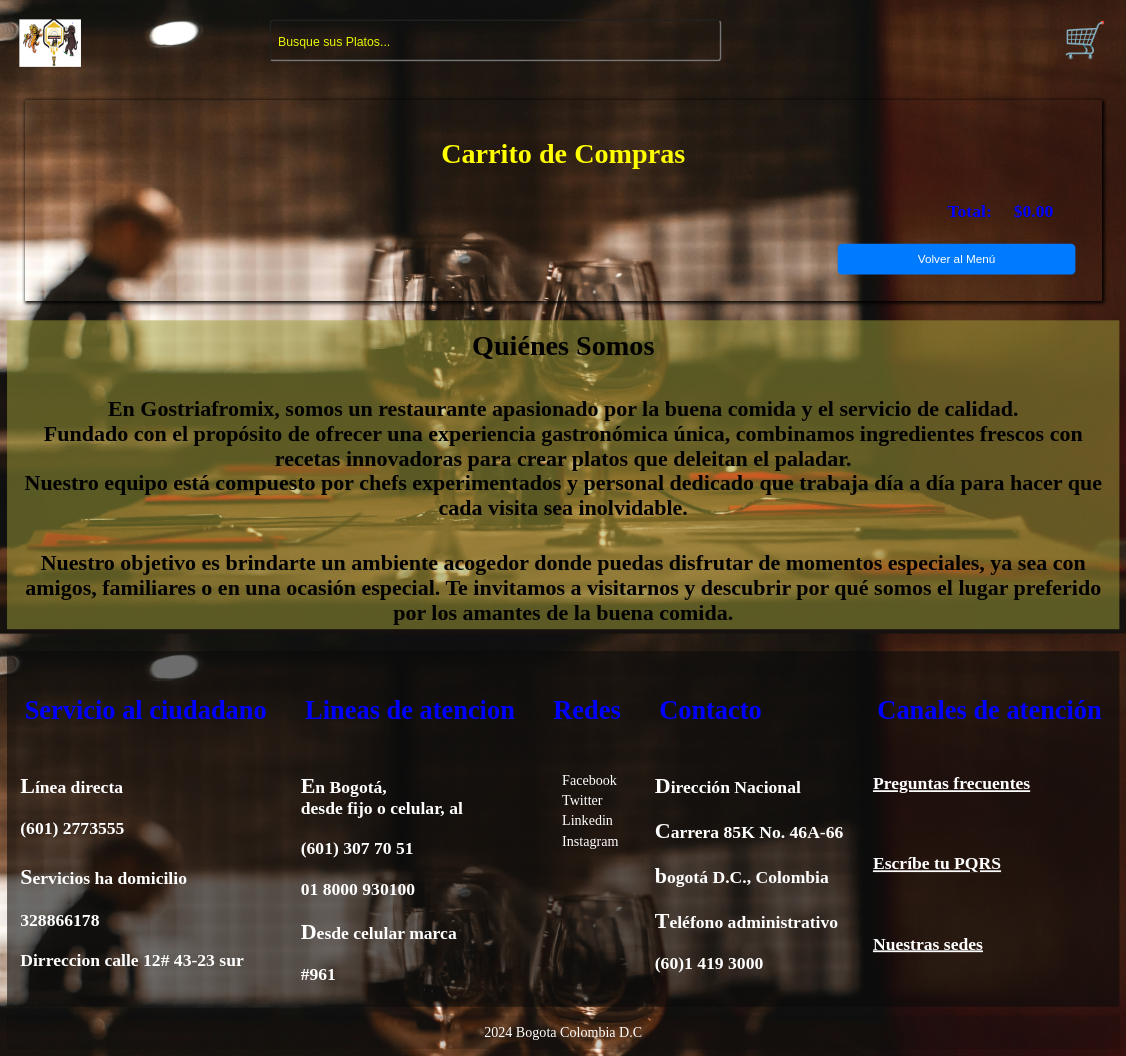
Repository: ye909/app_restaurante
Page: index.html
An editor plug-in stored every save of this project. The page is shown before and after the next save, followed by the edit.
The browser window is 1280 px wide. The pictures show the whole page, at 88% of full size.
Backgrounds fixed to the window are drawn as part of the page.

Above is the page before, as saved 2025-01-11 19:26:43.
Console error: TypeError: Cannot read properties of null (reading 'addEventListener')

After the next save:
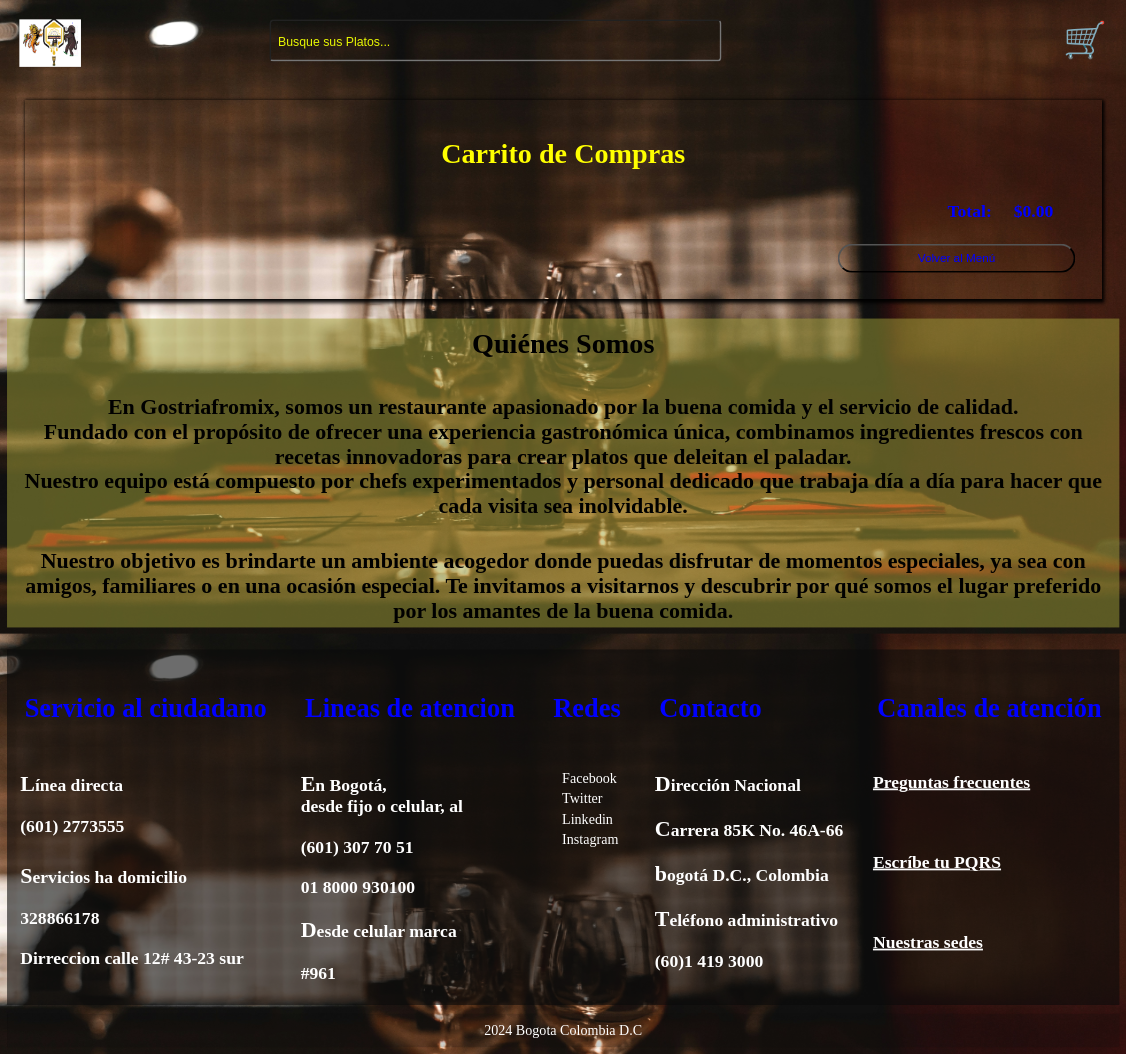
Saved 57 s later.
--- a/css/modal_card.css
+++ b/css/modal_card.css
@@ -47,18 +47,7 @@ h1{
   margin: 20px;
 }
 
-.cart-total button {
-  background-color: #007bff;
-  color: white;
-  border: none;
-  padding: 10px 15px;
-  cursor: pointer;
-  border-radius: 5px;
-}
 
-.cart-total button:hover {
-  background-color: #0056b3;
-}
 .cart-total{
   font-size: 20px;
   color:blue;
